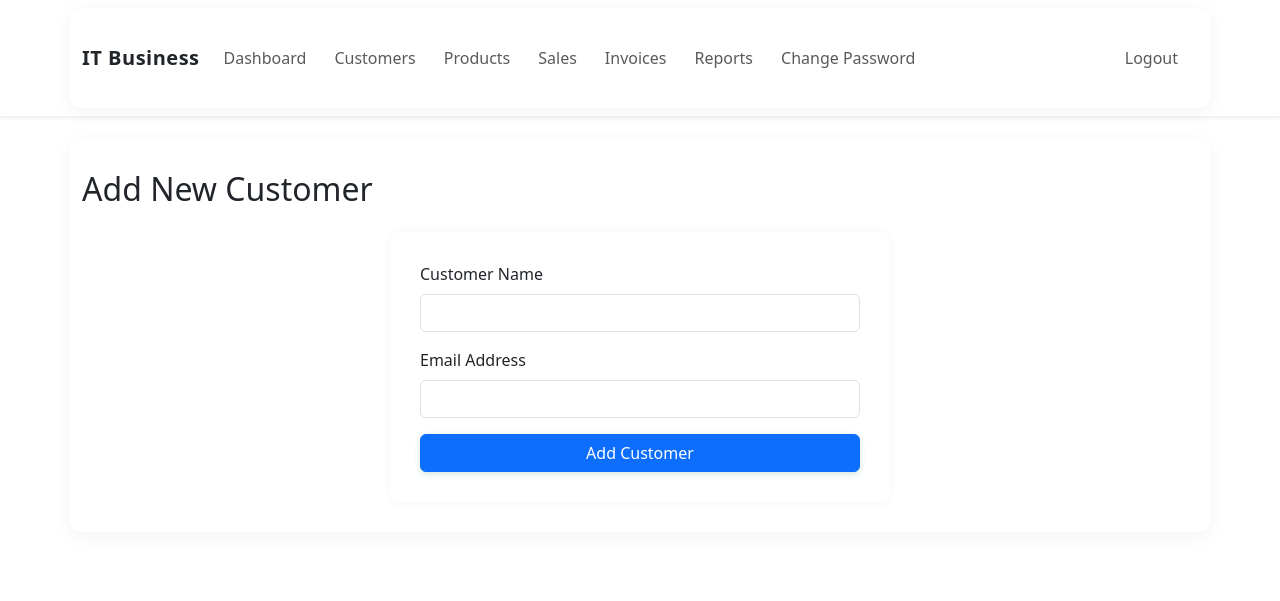
Repository: asmsaifulislam/it_business
Page: http://localhost/add-customer
An editor plug-in stored every save of this project. The page is shown before and after a run of saves, followed by the edit.
The browser window is 1280 px wide. The pictures show the whole page.
The page is served by the project's application, run on Flask 3 (app.py). The session is filled in as if someone had signed in: {"user_id": 1}.

Above is the page before, as saved 2025-09-06 13:21:34.

### templates/add_customer.html
{% extends 'base.html' %}
{% block content %}
<div class="login-wrapper">
    <h2 class="mb-4">Add New Customer</h2>
    <form method="POST">
        {{ form.hidden_tag() }}
        <div class="mb-3 text-start">
            {{ form.name.label(class="form-label") }}
            {{ form.name(class="form-control") }}
        </div>
        <div class="mb-3 text-start">
            {{ form.email.label(class="form-label") }}
            {{ form.email(class="form-control") }}
        </div>
        <div class="d-grid">
            {{ form.submit(class="btn btn-primary") }}
        </div>
    </form>
</div>
{% endblock %}

### templates/base.html
<!DOCTYPE html>
<html lang="en">
<head>
    <meta charset="UTF-8">
    <title>IT Business Management Tool</title>
    <meta name="viewport" content="width=device-width, initial-scale=1">

    <!-- Custom Styles -->
    <link rel="stylesheet" href="{{ url_for('static', filename='style.css') }}">

    <!-- Bootstrap CSS -->
    <link href="https://cdn.jsdelivr.net/npm/bootstrap@5.3.0/dist/css/bootstrap.min.css" rel="stylesheet">
</head>
<body>
    <!-- Navbar -->
    <nav class="navbar navbar-expand-lg shadow-sm mb-4" style="background-color: #ffffff;">
        <div class="container">
            <a class="navbar-brand text-dark" href="{{ url_for('dashboard') }}">IT Business</a>
            <button class="navbar-toggler" type="button" data-bs-toggle="collapse" data-bs-target="#navbarNav">
                <span class="navbar-toggler-icon"></span>
            </button>
            <div class="collapse navbar-collapse justify-content-between" id="navbarNav">
                <ul class="navbar-nav">
                    <li class="nav-item"><a class="nav-link" href="{{ url_for('dashboard') }}">Dashboard</a></li>
                    <li class="nav-item"><a class="nav-link" href="{{ url_for('customers') }}">Customers</a></li>
                    <li class="nav-item"><a class="nav-link" href="{{ url_for('products') }}">Products</a></li>
                    <li class="nav-item"><a class="nav-link" href="{{ url_for('sales') }}">Sales</a></li>
                    <li class="nav-item"><a class="nav-link" href="{{ url_for('invoice') }}">Invoices</a></li>
                    <li class="nav-item"><a class="nav-link" href="{{ url_for('reports') }}">Reports</a></li>
                    <li class="nav-item"><a class="nav-link" href="{{ url_for('change_password') }}">Change Password</a></li>
                </ul>
                <ul class="navbar-nav">
                    {% if session.get('user_id') %}
                        <li class="nav-item"><a class="nav-link" href="{{ url_for('logout') }}">Logout</a></li>
                    {% else %}
                        <li class="nav-item"><a class="nav-link" href="{{ url_for('login') }}">Login</a></li>
                    {% endif %}
                </ul>
            </div>
        </div>
    </nav>

    <!-- Flash Messages -->
    <div class="container">
        {% with messages = get_flashed_messages() %}
            {% if messages %}
                <div class="alert alert-warning text-center fade-in">
                    {% for message in messages %}
                        <div>{{ message }}</div>
                    {% endfor %}
                </div>
            {% endif %}
        {% endwith %}

        <!-- Page Content -->
        {% block content %}{% endblock %}
    </div>

    <!-- Bootstrap JS -->
    <script src="https://cdn.jsdelivr.net/npm/bootstrap@5.3.0/dist/js/bootstrap.bundle.min.js"></script>
</body>
</html>

### app.py
# -------------------- Core Imports --------------------
import os
from flask import Flask, render_template, redirect, url_for, request, flash, session
from flask_sqlalchemy import SQLAlchemy
from flask_migrate import Migrate
from werkzeug.security import generate_password_hash, check_password_hash
from dotenv import load_dotenv
from datetime import datetime

# -------------------- Load Environment Variables --------------------
load_dotenv()

# -------------------- Config --------------------
class Config:
    SQLALCHEMY_DATABASE_URI = os.getenv('DATABASE_URL', 'sqlite:///site.db')
    SECRET_KEY = os.getenv('SECRET_KEY', 'fallback_secret')
    SQLALCHEMY_TRACK_MODIFICATIONS = False

# -------------------- App Initialization --------------------
app = Flask(__name__)
app.config.from_object(Config)

# -------------------- Database --------------------
db = SQLAlchemy(app)
migrate = Migrate(app, db)

# -------------------- Models --------------------
class User(db.Model):
    id = db.Column(db.Integer, primary_key=True)
    username = db.Column(db.String(120), unique=True, nullable=False)
    password = db.Column(db.String(512), nullable=False)

class Customer(db.Model):
    id = db.Column(db.Integer, primary_key=True)
    name = db.Column(db.String(120), nullable=False)
    email = db.Column(db.String(120), nullable=True)

class Product(db.Model):
    id = db.Column(db.Integer, primary_key=True)
    name = db.Column(db.String(120), nullable=False)
    price = db.Column(db.Float, nullable=False)
    stock = db.Column(db.Integer, default=0)
    onboard_date = db.Column(db.Date, default=datetime.utcnow)

class Sale(db.Model):
    id = db.Column(db.Integer, primary_key=True)
    customer_id = db.Column(db.Integer, db.ForeignKey('customer.id'), nullable=False)
    product_id = db.Column(db.Integer, db.ForeignKey('product.id'), nullable=False)
    quantity = db.Column(db.Integer, nullable=False)
    total = db.Column(db.Float, nullable=False)

class Invoice(db.Model):
    id = db.Column(db.Integer, primary_key=True)
    sale_id = db.Column(db.Integer, db.ForeignKey('sale.id'), nullable=False)
    status = db.Column(db.String(20), default='Unpaid')

# -------------------- One-Time Admin Creation --------------------
with app.app_context():
    db.create_all()
    if not User.query.filter_by(username='admin').first():
        admin = User(username='admin', password=generate_password_hash('admin123'))
        db.session.add(admin)
        db.session.commit()

# -------------------- Form Imports --------------------
from forms import (
    LoginForm,
    ChangePasswordForm,
    UpdateAccountForm,
    CustomerForm,
    ProductForm,
    SaleForm,
    InvoiceForm
)

# -------------------- Auth Routes --------------------
@app.route('/login', methods=['GET', 'POST'])
def login():
    form = LoginForm()
    if form.validate_on_submit():
        user = User.query.filter_by(username=form.username.data).first()
        if user and check_password_hash(user.password, form.password.data):
            session['user_id'] = user.id
            return redirect(url_for('dashboard'))
        else:
            flash('Invalid credentials')
    return render_template('login.html', form=form)

@app.route('/logout')
def logout():
    session.pop('user_id', None)
    return redirect(url_for('login'))

# -------------------- Change Password --------------------
@app.route('/change-password', methods=['GET', 'POST'])
def change_password():
    if 'user_id' not in session:
        return redirect(url_for('login'))
    form = ChangePasswordForm()
    user = User.query.get(session['user_id'])
    if form.validate_on_submit():
        if not check_password_hash(user.password, form.current_password.data):
            flash('Current password is incorrect')
        else:
            user.password = generate_password_hash(form.new_password.data)
            db.session.commit()
            flash('Password updated successfully')
            return redirect(url_for('dashboard'))
    return render_template('change_password.html', form=form)

# -------------------- Update Account --------------------
@app.route('/update-account', methods=['GET', 'POST'])
def update_account():
    if 'user_id' not in session:
        return redirect(url_for('login'))
    form = UpdateAccountForm()
    user = User.query.get(session['user_id'])
    if form.validate_on_submit():
        if not check_password_hash(user.password, form.current_password.data):
            flash('Current password is incorrect')
        else:
            user.username = form.username.data
            user.password = generate_password_hash(form.new_password.data)
            db.session.commit()
            flash('Account updated successfully')
            return redirect(url_for('dashboard'))
    return render_template('update_account.html', form=form)

# -------------------- Add Product --------------------
@app.route('/add-product', methods=['GET', 'POST'])
def add_product():
    form = ProductForm()
    if form.validate_on_submit():
        new_product = Product(
            name=form.name.data,
            price=form.price.data,
            stock=form.stock.data,
            onboard_date=form.onboard_date.data
        )
        db.session.add(new_product)
        db.session.commit()
        flash('✅ Product added successfully', 'success')
        return redirect(url_for('products'))
    return render_template('add_product.html', form=form)

# -------------------- Record Sale --------------------
@app.route('/record-sale', methods=['GET', 'POST'])
def record_sale():
    if 'user_id' not in session:
        return redirect(url_for('login'))
    form = SaleForm()
    form.customer_id.choices = [(c.id, c.name) for c in Customer.query.all()]
    form.product_id.choices = [(p.id, p.name) for p in Product.query.all()]
    if form.validate_on_submit():
        product = Product.query.get(form.product_id.data)
        total = product.price * form.quantity.data
        new_sale = Sale(
            customer_id=form.customer_id.data,
            product_id=form.product_id.data,
            quantity=form.quantity.data,
            total=total
        )
        db.session.add(new_sale)
        db.session.commit()
        flash('Sale recorded successfully')
        return redirect(url_for('sales'))
    return render_template('record_sale.html', form=form)

# -------------------- Create Invoice --------------------
@app.route('/create-invoice', methods=['GET', 'POST'])
def create_invoice():
    if 'user_id' not in session:
        return redirect(url_for('login'))
    form = InvoiceForm()
    form.sale_id.choices = [(sale.id, f"Sale #{sale.id} - {sale.customer.name}") for sale in Sale.query.all()]
    if form.validate_on_submit():
        sale = Sale.query.get_or_404(form.sale_id.data)
        existing_invoice = Invoice.query.filter_by(sale_id=sale.id).first()
        if existing_invoice:
            flash('Invoice already exists for this sale.', 'warning')
        else:
            new_invoice = Invoice(sale_id=sale.id, status=form.status.data)
            db.session.add(new_invoice)
            db.session.commit()
            flash('Invoice created successfully.', 'success')
            return redirect(url_for('invoice'))
    return render_template('create_invoice.html', form=form)

# -------------------- Generate Invoice --------------------
@app.route('/generate-invoice/<int:sale_id>', methods=['POST'])
def generate_invoice(sale_id):
    if 'user_id' not in session:
        return redirect(url_for('login'))
    sale = Sale.query.get_or_404(sale_id)
    existing_invoice = Invoice.query.filter_by(sale_id=sale.id).first()
    if existing_invoice:
        flash('Invoice already exists for this sale.', 'warning')
    else:
        new_invoice = Invoice(sale_id=sale.id, status='Unpaid')
        db.session.add(new_invoice)
        db.session.commit()
        flash('Invoice generated successfully.', 'success')
    return redirect(url_for('invoice'))

# -------------------- Mark Invoice as Paid --------------------
@app.route('/mark-paid/<int:invoice_id>', methods=['POST'])
def mark_paid(invoice_id):
    if 'user_id' not in session:
        return redirect(url_for('login'))
    invoice = Invoice.query.get_or_404(invoice_id)
    invoice.status = 'Paid'
    db.session.commit()
    flash('Invoice marked as paid.', 'success')
    return redirect(url_for('invoice'))

# -------------------- Dashboard --------------------
@app.route('/')
def dashboard():
    if 'user_id' not in session:
        return redirect(url_for('login'))
    stats = {
        'customers': Customer.query.count(),
        'products': Product.query.count(),
        'sales': Sale.query.count(),
        'invoices': Invoice.query.count()
    }
    return render_template('dashboard.html', stats=stats)

# -------------------- Customers --------------------
@app.route('/customers')
def customers():
    if 'user_id' not in session:
        return redirect(url_for('login'))
    all_customers = Customer.query.all()
    return render_template('customers.html', customers=all_customers)

@app.route('/add-customer', methods=['GET', 'POST'])
def add_customer():
    if 'user_id' not in session:
        return redirect(url_for('login'))
    form = CustomerForm()
    if form.validate_on_submit():
        new_customer = Customer(name=form.name.data, email=form.email.data)
        db.session.add(new_customer)
        db.session.commit()
        flash('Customer added successfully')
        return redirect(url_for('customers'))
    return render_template('add_customer.html', form=form)

# -------------------- Products --------------------
@app.route('/products')
def products():
    if 'user_id' not in session:
        return redirect(url_for('login'))
    all_products = Product.query.all()
    return render_template('products.html', products=all_products)

# -------------------- Sales --------------------
@app.route('/sales')
def sales():
    if 'user_id' not in session:
        return redirect(url_for('login'))
    all_sales = Sale.query.all()
    return render_template('sales.html', sales=all_sales)

# -------------------- Invoices --------------------
@app.route('/invoice')
def invoice():
    if 'user_id' not in session:
        return redirect(url_for('login'))
    all_invoices = Invoice.query.all()
    return render_template('invoice.html', invoices=all_invoices)

# -------------------- Reports --------------------
@app.route('/reports')
def reports():
    if 'user_id' not in session:
        return redirect(url_for('login'))
    return render_template('reports.html')

# -------------------- Sales Report --------------------
@app.route('/sales-report')
def sales_report_view():
    if 'user_id' not in session:
        return redirect(url_for('login'))
    total_sales = Sale.query.count()
    total_revenue = db.session.query(db.func.sum(Sale.total)).scalar() or 0
    top_product = db.session.query(Product.name, db.func.sum(Sale.quantity))\
        .join(Sale, Product.id == Sale.product_id)\
        .group_by(Product.name)\
        .order_by(db.func.sum(Sale.quantity).desc())\
        .first()
    return render_template('sales_report.html', total_sales=total_sales, total_revenue=total_revenue,
                           top_product=top_product[0] if top_product else "N/A")

# -------------------- Customer Report --------------------
@app.route('/customer-report')
def customer_report():
    if 'user_id' not in session:
        return redirect(url_for('login'))
    total_customers = Customer.query.count()
    recent_customers = Customer.query.order_by(Customer.id.desc()).limit(5).all()
    return render_template('customer_report.html', total_customers=total_customers,
                           recent_customers=recent_customers)

# -------------------- Product Report --------------------
@app.route('/product-report')
def product_report():
    if 'user_id' not in session:
        return redirect(url_for('login'))
    total_products = Product.query.count()
    low_stock = Product.query.filter(Product.stock < 10).all()
    return render_template('product_report.html', total_products=total_products, low_stock=low_stock)

# -------------------- Invoice Report --------------------
@app.route('/invoice-report')
def invoice_report():
    if 'user_id' not in session:
        return redirect(url_for('login'))
    total_invoices = Invoice.query.count()
    paid = Invoice.query.filter_by(status='Paid').count()
    unpaid = Invoice.query.filter_by(status='Unpaid').count()
    overdue = Invoice.query.filter_by(status='Overdue').count()
    return render_template('invoice_report.html', total_invoices=total_invoices,
                           paid=paid, unpaid=unpaid, overdue=overdue)

# -------------------- Run --------------------
if __name__ == '__main__':
    app.run(debug=True)

### forms.py
from flask_wtf import FlaskForm
from wtforms import StringField, PasswordField, FloatField, IntegerField, SubmitField, SelectField, DateField
from wtforms.validators import DataRequired, Email, Length, EqualTo

# -------------------- Login Form --------------------
class LoginForm(FlaskForm):
    username = StringField('Username', validators=[DataRequired(), Length(min=3)])
    password = PasswordField('Password', validators=[DataRequired()])
    submit = SubmitField('Login')


# -------------------- Customer Form --------------------
class CustomerForm(FlaskForm):
    name = StringField('Customer Name', validators=[DataRequired()])
    email = StringField('Email Address', validators=[DataRequired(), Email()])
    mobile = StringField('Mobile Number')  # ✅ Added field
    submit = SubmitField('Add Customer')

# -------------------- Product Form --------------------
class ProductForm(FlaskForm):
    name = StringField('Product Name', validators=[DataRequired()])
    price = FloatField('Price', validators=[DataRequired()])
    stock = IntegerField('Quantity', validators=[DataRequired()])
    onboard_date = DateField('Onboard Date', format='%Y-%m-%d', validators=[DataRequired()])
    submit = SubmitField('Add Product')


# -------------------- Sale Form --------------------
class SaleForm(FlaskForm):
    customer_id = SelectField('Select Customer', coerce=int, validators=[DataRequired()])
    product_id = SelectField('Select Product', coerce=int, validators=[DataRequired()])
    quantity = IntegerField('Quantity', validators=[DataRequired()])
    submit = SubmitField('Record Sale')


# -------------------- Invoice Form --------------------
class InvoiceForm(FlaskForm):
    sale_id = SelectField('Select Sale', coerce=int, validators=[DataRequired()])
    status = SelectField('Status', choices=[('Paid', 'Paid'), ('Unpaid', 'Unpaid')], validators=[DataRequired()])
    submit = SubmitField('Generate Invoice')


# -------------------- Change Password Form --------------------
class ChangePasswordForm(FlaskForm):
    current_password = PasswordField('Current Password', validators=[DataRequired()])
    new_password = PasswordField('New Password', validators=[DataRequired()])
    confirm_password = PasswordField('Confirm New Password', validators=[DataRequired(), EqualTo('new_password', message='Passwords must match')])
    submit = SubmitField('Change Password')


# -------------------- Update Account Form --------------------
class UpdateAccountForm(FlaskForm):
    username = StringField('New Username', validators=[DataRequired(), Length(min=3)])
    current_password = PasswordField('Current Password', validators=[DataRequired()])
    new_password = PasswordField('New Password', validators=[DataRequired()])
    confirm_password = PasswordField('Confirm New Password', validators=[DataRequired(), EqualTo('new_password', message='Passwords must match')])
    submit = SubmitField('Update Account')

### static/style.css
/* Base Reset */
body {
    margin: 0;
    padding: 0;
    font-family: 'Segoe UI', Tahoma, Geneva, Verdana, sans-serif;
    background-color: #f4f6f9;
    color: #212529;
    text-align: center;
}

/* Navbar */
nav.navbar {
    background-color: #ffffff;
    box-shadow: 0 2px 4px rgba(0, 0, 0, 0.1);
    transition: box-shadow 0.3s ease;
}

nav.navbar:hover {
    box-shadow: 0 4px 12px rgba(0, 0, 0, 0.15);
}

.navbar-brand {
    font-weight: bold;
    font-size: 1.5rem;
    letter-spacing: 0.5px;
    color: #2c3e50;
}

.nav-link {
    font-size: 1rem;
    margin-right: 12px;
    position: relative;
    color: #2c3e50;
    transition: color 0.3s ease;
}

.nav-link::after {
    content: '';
    position: absolute;
    left: 0;
    bottom: -4px;
    width: 0%;
    height: 2px;
    background-color: #198754;
    transition: width 0.3s ease;
}

.nav-link:hover {
    color: #198754;
}

.nav-link:hover::after {
    width: 100%;
}

/* Container */
.container {
    padding: 30px 20px;
    max-width: 960px;
    margin: 0 auto;
    background-color: #ffffff;
    border-radius: 12px;
    box-shadow: 0 4px 20px rgba(0, 0, 0, 0.05);
    transform-style: preserve-3d;
    perspective: 1000px;
    animation: fadeInUp 0.6s ease forwards;
}

/* Headings */
h2 {
    font-weight: 600;
    color: #2c3e50;
    margin-bottom: 30px;
    transform: translateZ(20px);
}

/* Tables */
table {
    font-size: 0.95rem;
    margin: 0 auto;
    width: 100%;
    max-width: 800px;
    border-collapse: collapse;
    transition: transform 0.3s ease;
}

.table th {
    background-color: #2c3e50;
    color: white;
    text-align: center;
    padding: 12px;
}

.table td {
    vertical-align: middle;
    text-align: center;
    padding: 10px;
    background-color: #ffffff;
}

.table tbody tr {
    transition: background-color 0.3s ease, transform 0.3s ease;
}

.table tbody tr:hover {
    background-color: #f0f8ff;
    transform: scale(1.01) translateZ(10px);
}

/* Buttons */
.btn {
    font-weight: 500;
    padding: 10px 18px;
    border-radius: 6px;
    font-size: 0.95rem;
    background-color: #198754;
    color: white;
    transition: all 0.3s ease;
    box-shadow: 0 2px 6px rgba(25, 135, 84, 0.2);
}

.btn:hover {
    transform: translateY(-2px) scale(1.05);
    box-shadow: 0 6px 16px rgba(25, 135, 84, 0.3);
    background-color: #157347;
}

/* Cards */
.card {
    box-shadow: 0 2px 8px rgba(0, 0, 0, 0.08);
    border: none;
    text-align: center;
    border-radius: 8px;
    transition: transform 0.3s ease, box-shadow 0.3s ease;
}

.card:hover {
    transform: rotateX(3deg) rotateY(3deg);
    box-shadow: 0 6px 16px rgba(0, 0, 0, 0.1);
}

.card-header {
    font-weight: 600;
    font-size: 1.1rem;
}

/* Alerts */
.alert {
    font-size: 0.9rem;
    max-width: 600px;
    margin: 0 auto 20px;
    animation: fadeInUp 0.5s ease forwards;
}

/* Forms */
form {
    max-width: 500px;
    margin: 0 auto;
    text-align: left;
    background-color: #ffffff;
    padding: 30px;
    border-radius: 8px;
    box-shadow: 0 0 10px rgba(0, 0, 0, 0.05);
    animation: fadeInUp 0.6s ease forwards;
}

.form-label {
    font-weight: 500;
    margin-bottom: 6px;
}

.form-control {
    border-radius: 4px;
    font-size: 0.95rem;
    padding: 10px;
    margin-bottom: 15px;
    transition: box-shadow 0.3s ease;
}

.form-control:focus {
    box-shadow: 0 0 8px rgba(25, 135, 84, 0.3);
    border-color: #198754;
}

/* Badges */
.badge {
    font-size: 0.85rem;
    padding: 6px 10px;
    border-radius: 4px;
}

/* Animations */
@keyframes fadeInUp {
    from {
        opacity: 0;
        transform: translateY(20px);
    }
    to {
        opacity: 1;
        transform: translateY(0);
    }
}

/* Responsive Enhancements */
@media (max-width: 768px) {
    .container {
        padding: 20px 10px;
    }

    form {
        padding: 20px;
    }

    .btn {
        width: 100%;
    }

    h2 {
        font-size: 1.4rem;
    }
}

After the next 3 saves:
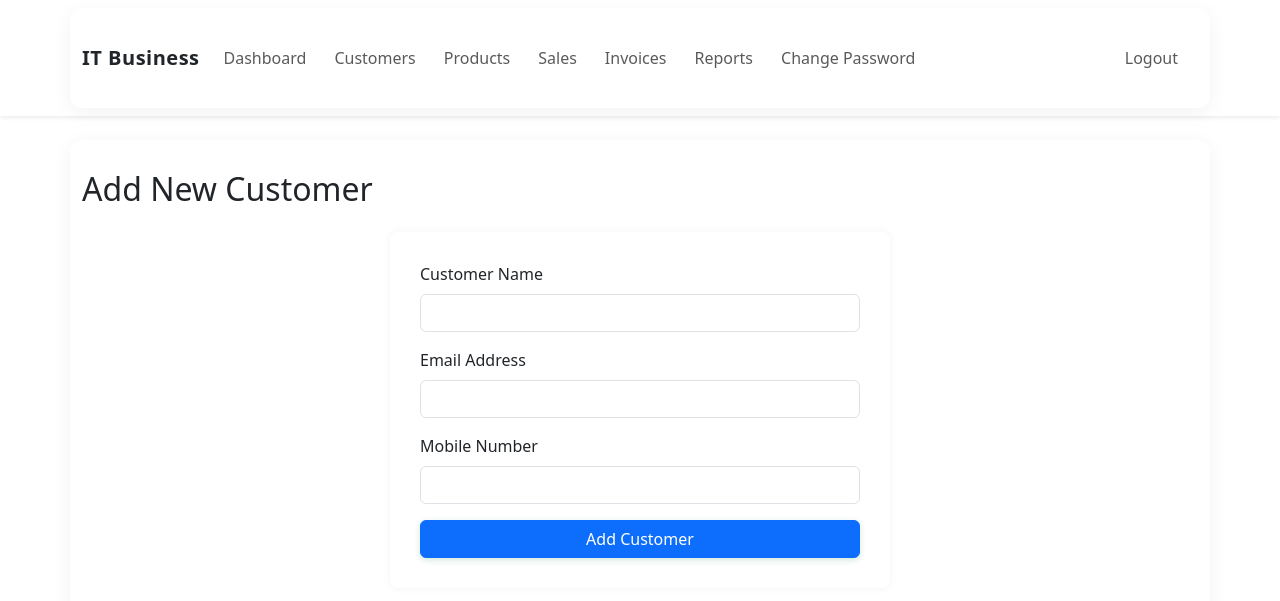
The 3 saves are shown as one change because they came seconds apart.
The last was saved 50 s later.
--- a/templates/add_customer.html
+++ b/templates/add_customer.html
@@ -12,6 +12,10 @@
             {{ form.email.label(class="form-label") }}
             {{ form.email(class="form-control") }}
         </div>
+        <div class="mb-3">
+    {{ form.mobile.label(class="form-label") }}
+    {{ form.mobile(class="form-control") }}
+</div>
         <div class="d-grid">
             {{ form.submit(class="btn btn-primary") }}
         </div>
